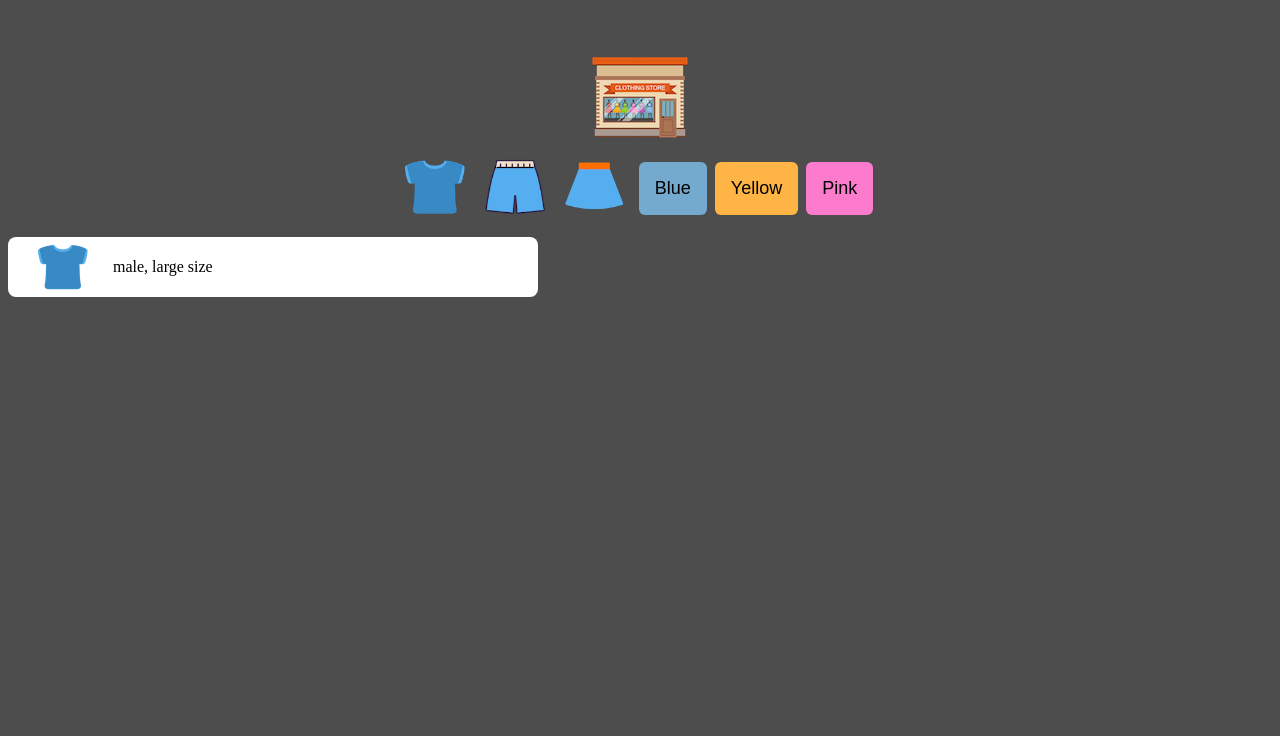
Repository: keehoonjung/Shoppingmall-Game
Page: index.html
The author's editor kept a copy of each file at every save. The page is drawn from the files as they stood at one save, then again after the next save.
The browser window is 1280 px wide. The pictures show the whole page.

Above is the page before, as saved 2021-08-12 19:42:28.
Console error: TypeError: Cannot read properties of null (reading 'addEventListener')

### index.html
<!DOCTYPE html>
<html lang="en">
<head>
    <meta charset="UTF-8">
    <meta http-equiv="X-UA-Compatible" content="IE=edge">
    <meta name="viewport" content="width=device-width, initial-scale=1.0">
    <title>Shoppingamll Game</title>
    <link rel="stylesheet" href="style.css">
    <script src="main.js" defer></script>
</head>
<body>
    <header class="header">
        <img src="./imgs/logo.png" alt="header" class="header__logo">
    </header>
    <section class="buttons">
        <button class="button">
            <img src="./imgs/blue_t.png" alt="shirt" class="imgBtn">
        </button>
        <button class="button">
            <img src="./imgs/blue_p.png" alt="pants" class="imgBtn">
        </button>
        <button class="button">
            <img src="./imgs/blue_s.png" alt="" class="imgBtn">
        </button>
        <button class="button colorBtn blue">
            Blue
        </button>
        <button class="button colorBtn yellow">
            Yellow
        </button>
        <button class="button colorBtn pink">
            Pink
        </button>
    </section>
    <ul class="items">
        <li class="item" data-type="shirt" data-color="blue">
            <img src="./imgs/blue_t.png" alt="blueshirt" class="item__thumbnail">
            <span class="item__description">male, large size</span>
        </li>
    </ul>
</body>
</html>

### style.css
:root {
  /* color */
  --color-white: #ffffff;
  --color-dark-grey: #4d4d4d;
  --color-blue: #73aace;
  --color-orange: #feb546;
  --color-pink: #fd7bcc;

  /* size */
  --button-img-size: 60px;

  /* fontsize */
  --font-size: 18px;

  /* animatione */
  --animation-duration: 300ms;

  /* basic space */
  --basic-space: 8px;

  /* border */
  --border-size: 6px;
}

body {
  background-color: var(--color-dark-grey);
  display: flex;
  flex-direction: column;
  justify-content: center;
  text-align: center;
  height: 100vh;
}

.header__logo {
  cursor: pointer;
  transition: transform var(--animation-duration) ease-in;
}

.buttons {
  display: flex;
  align-items: center;
  justify-content: center;
}

.button {
  outline: none;
  border: none;
  background-color: transparent;
  margin-right: var(--basic-space);
  border-radius: var(--border-size);
  cursor: pointer;
  transition: transform var(--animation-duration) ease-in;
}

.header__logo:hover,
.button:hover {
  transform: scale(1.1);
}

.imgBtn {
  width: var(--button-img-size);
}

.colorBtn {
  font-size: var(--font-size);
  padding: calc(var(--basic-space) * 2);
}

.blue {
  background-color: var(--color-blue);
}

.yellow {
  background-color: var(--color-orange);
}

.pink {
  background-color: var(--color-pink);
}

.items {
  padding-left: 0;
  overflow-y: auto;
  width: 60%;
  height: 60%;
  list-style: none;
}

.item {
  background-color: var(--color-white);
  margin-bottom: 12px;
  width: 500px;
  height: 60px;
  border-radius: 8px;
  display: flex;
  align-items: center;
  padding-left: 30px;
}

.item.visible {
  display: flex;
}

.item img {
  height: 50px;
}

.item span {
  margin-left: 25px;
}

### main.js
"use strict";

const navi = document.querySelector(".filter");
const itemList = document.querySelector(".items");
const allItem = Array.from(document.querySelectorAll(".item"));
const headerLogo = document.querySelector(".header__logo");

headerLogo.addEventListener("click", () => {
  createAll();
});

navi.addEventListener("click", (evnet) => {
  const tag = event.target.tagName;
  const targetName = event.target.classList.value;
  if (tag == "IMG") {
    const items = allItem.filter((item) => item.dataset.type == targetName);
    deleteAll();
    items.forEach((item) => {
      item.classList.add("visible");
    });
  } else if (tag == "BUTTON") {
    const items = allItem.filter((item) => item.dataset.color == targetName);
    deleteAll();
    items.forEach((item) => {
      item.classList.add("visible");
    });
  }
});

function deleteAll() {
  allItem.forEach((item) => {
    item.classList.remove("visible");
  });
}

function createAll() {
  allItem.forEach((item) => {
    item.classList.add("visible");
  });
}

After the next save:
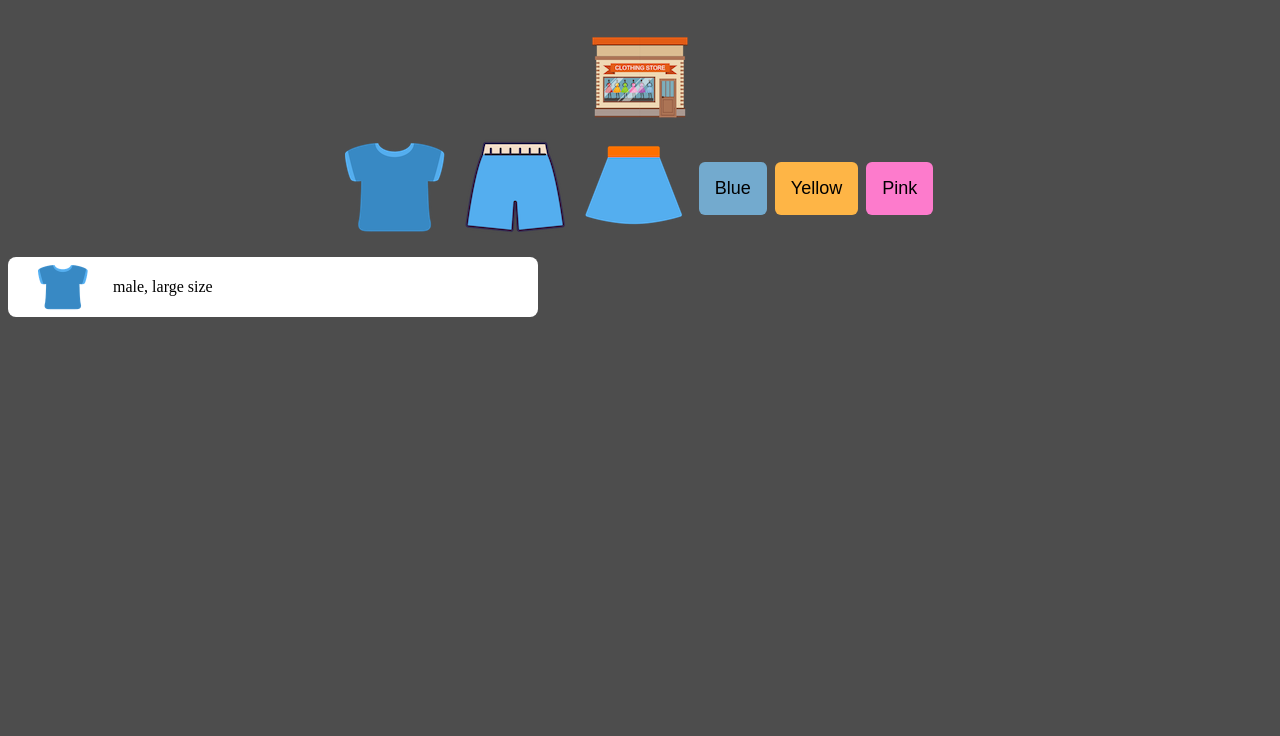
Saved 40 s later.
--- a/style.css
+++ b/style.css
@@ -7,7 +7,8 @@
   --color-pink: #fd7bcc;
 
   /* size */
-  --button-img-size: 60px;
+  --size-button: 60px;
+  --size-thumbnail: 50px;
 
   /* fontsize */
   --font-size: 18px;

After the save that followed:
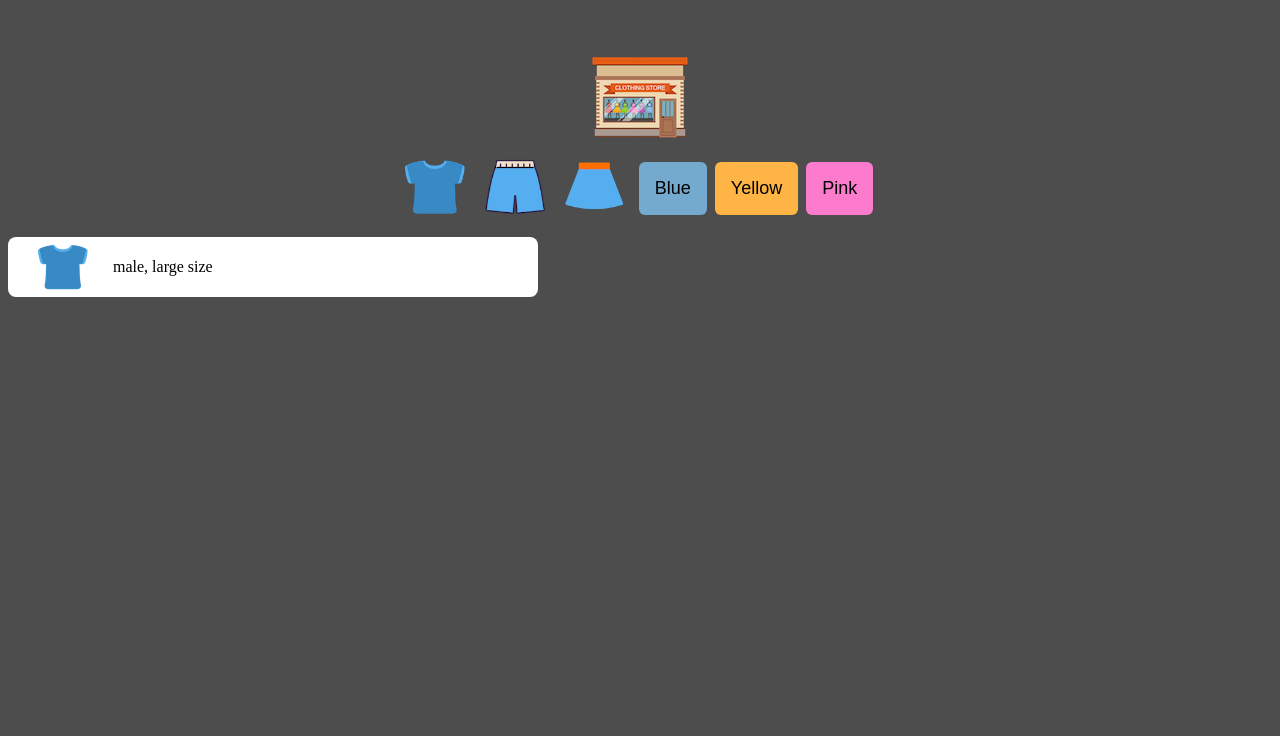
Saved 12 s later.
--- a/style.css
+++ b/style.css
@@ -59,7 +59,7 @@ body {
 }
 
 .imgBtn {
-  width: var(--button-img-size);
+  width: var(--size-button);
 }
 
 .colorBtn {
